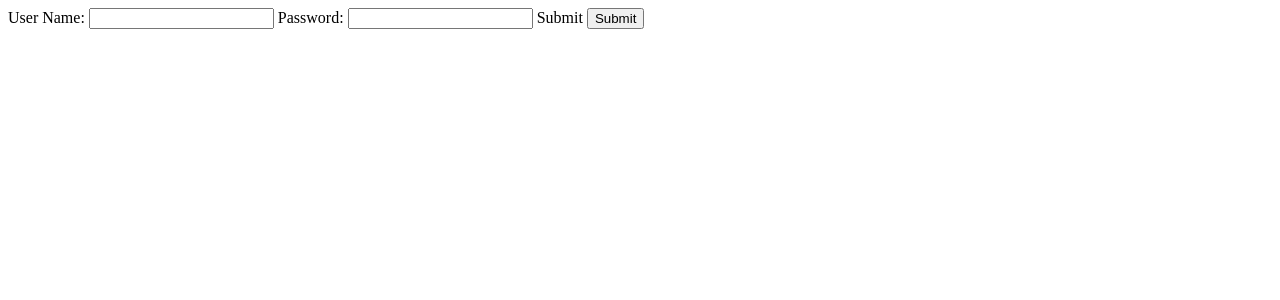
Repository: codeharshita/Code2.0
Page: Form Submission Basic Flow/src/main/webapp/UserForm.html
An editor plug-in stored every save of this project. The page is shown before and after the next save, followed by the edit.
The browser window is 1280 px wide. The pictures show the whole page.

Above is the page before, as saved 2024-01-06 15:09:25.

After the next save:
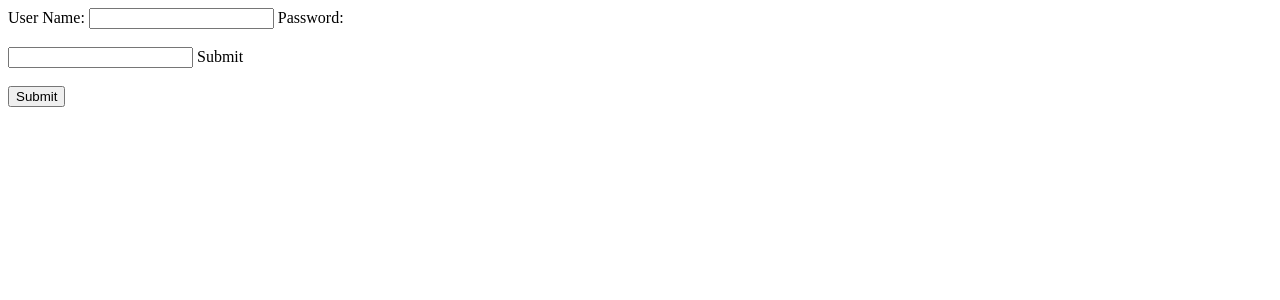
Saved 70 s later.
--- a/Form Submission Basic Flow/src/main/webapp/UserForm.html
+++ b/Form Submission Basic Flow/src/main/webapp/UserForm.html
@@ -8,9 +8,9 @@
 	<form>
 		<label for="userName">User Name:</label>
 		<input type="text" id="userName" name="userName">
-		<label for="pswd">Password: </label>
+		<label for="pswd">Password: </label><br><br>
 		<input type="password" id="pswd" name="pswd">
-		<label for="btn">Submit</label>
+		<label for="btn">Submit</label><br><br>
 		<input type="submit" id="btn" name="btn">
 	</form>
 
